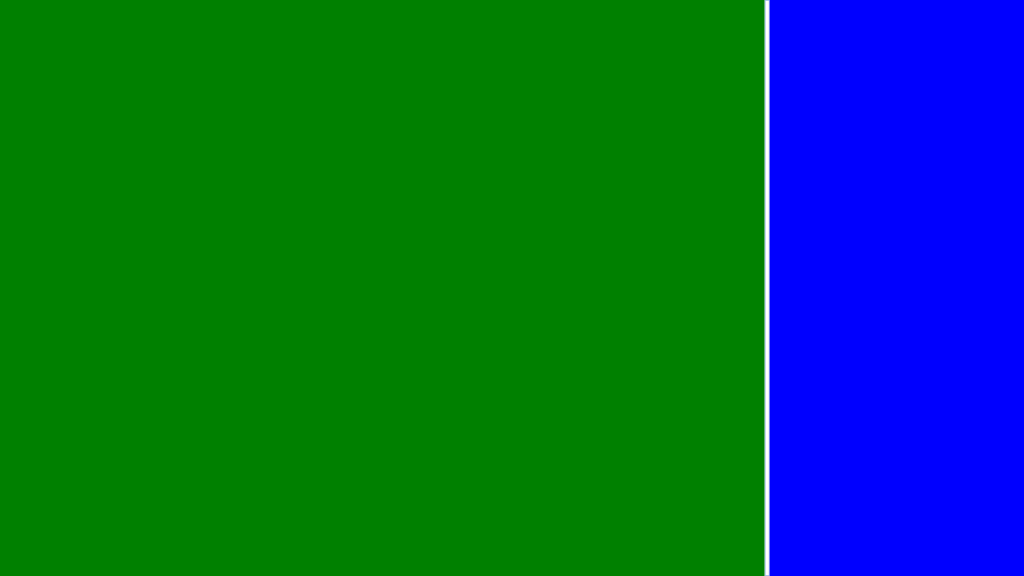
Repository: yshuf/Drag_left_-and-_right_-freely
Page: tuozhuai.html
The author's editor kept a copy of each file at every save. The page is drawn from the files as they stood at one save, then again after the next save.
The browser window is 1280 px wide. The pictures show the whole page, at 80% of full size.

Above is the page before, as saved 2020-08-05 17:58:33.

After the next save:
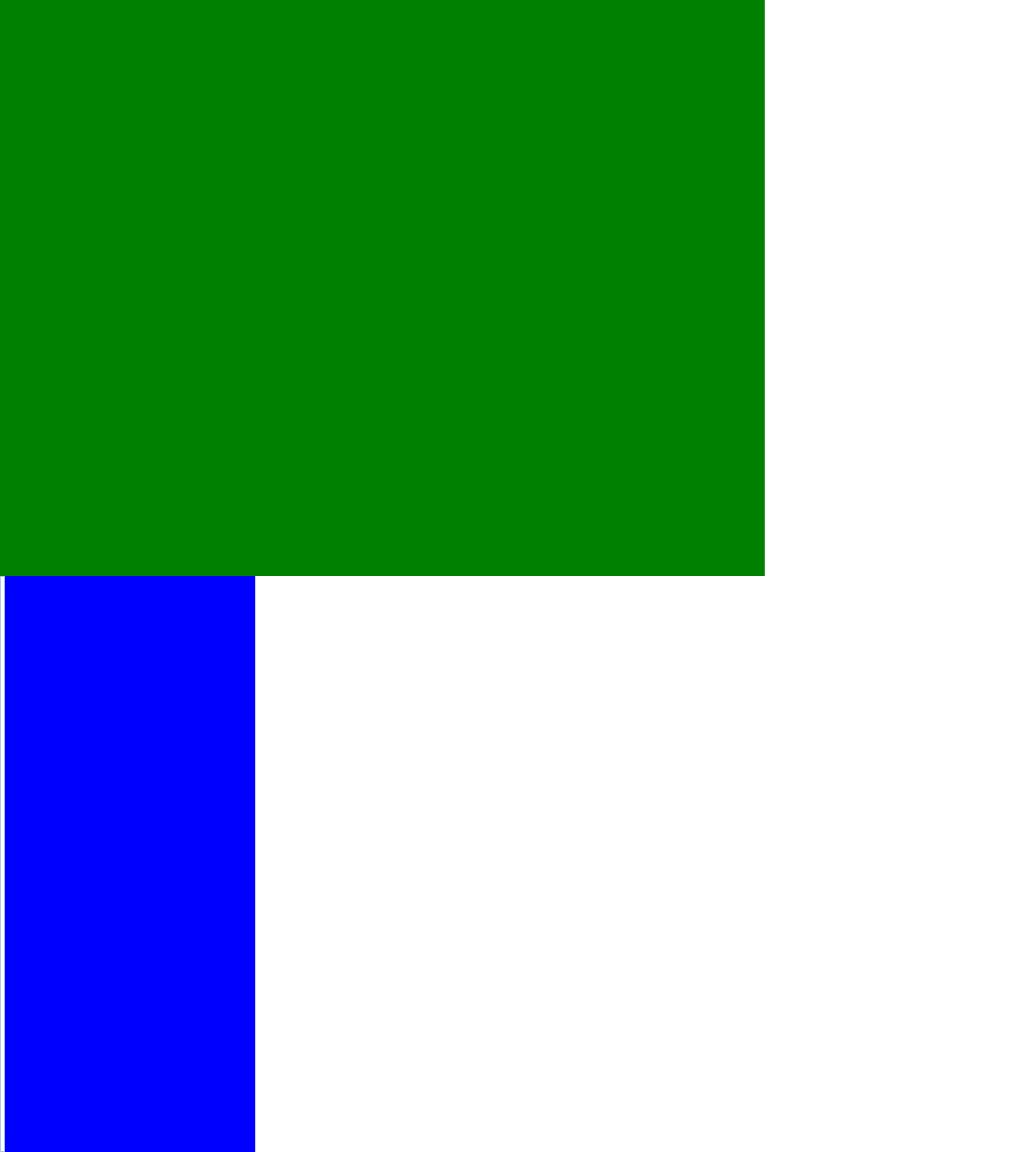
Saved 11 s later.
--- a/tuozhuai.html
+++ b/tuozhuai.html
@@ -13,14 +13,11 @@
 		<div id="divP" style="width: 100%; height: 100%; position: relative;">
 			<div
 				id="divLeft"
-				style="background-color: green; float: left; min-width: 500px;"
+				style="background-color: green; min-width: 500px;"
 			></div>
 			<div id="divS" class="gf_s"></div>
 			<div id="divSG" class="gf_s_g"></div>
-			<div
-				id="divRight"
-				style="background-color: blue; float: left;"
-			></div>
+			<div id="divRight" style="background-color: blue;"></div>
 		</div>
 
 		<script type="text/javascript">

After the save that followed:
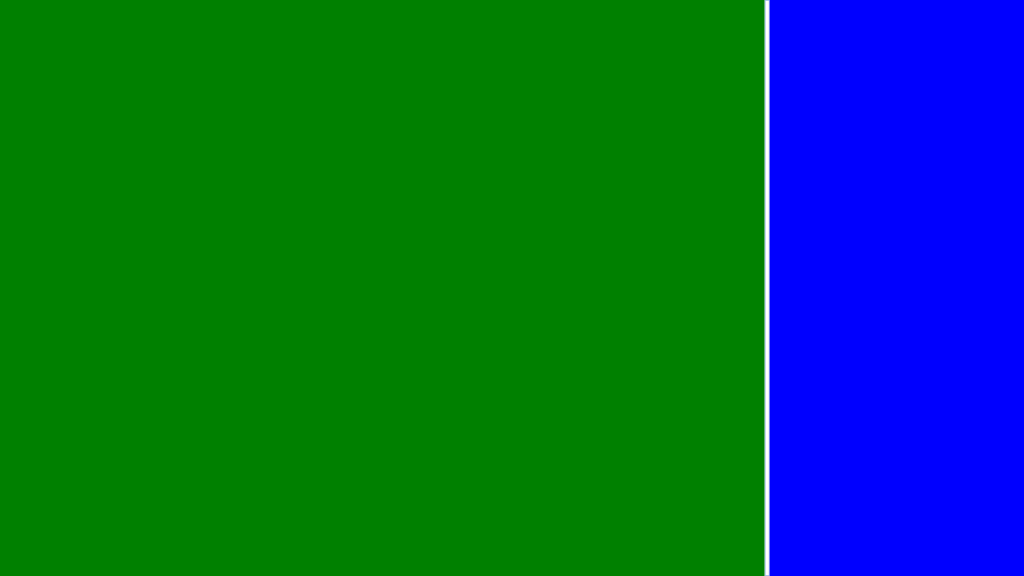
Saved 2 min 8 s later.
--- a/tuozhuai.html
+++ b/tuozhuai.html
@@ -13,11 +13,14 @@
 		<div id="divP" style="width: 100%; height: 100%; position: relative;">
 			<div
 				id="divLeft"
-				style="background-color: green; min-width: 500px;"
+				style="background-color: green; float: left; min-width: 500px;"
 			></div>
 			<div id="divS" class="gf_s"></div>
 			<div id="divSG" class="gf_s_g"></div>
-			<div id="divRight" style="background-color: blue;"></div>
+			<div
+				id="divRight"
+				style="background-color: blue; float: left;"
+			></div>
 		</div>
 
 		<script type="text/javascript">
